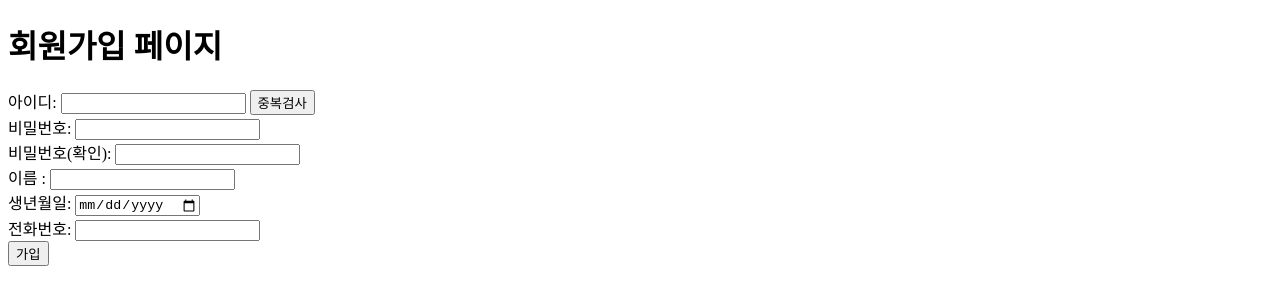
Repository: rmh6363/javastudy
Page: HelloWorld/WebContent/d.html
An editor plug-in stored every save of this project. The page is shown before and after the next save, followed by the edit.
The browser window is 1280 px wide. The pictures show the whole page.

Above is the page before, as saved 2020-12-04 07:19:46.

After the next save:
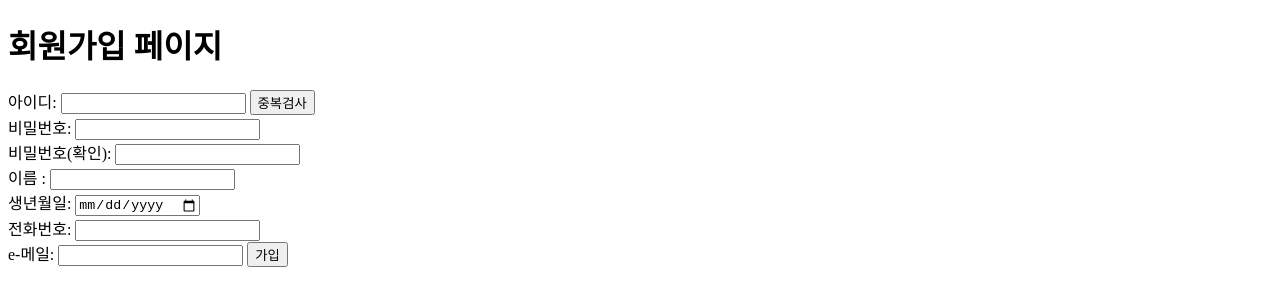
Saved 60 s later.
--- a/HelloWorld/WebContent/d.html
+++ b/HelloWorld/WebContent/d.html
@@ -26,7 +26,8 @@
 <label for = "tel">전화번호:</label>
 <input id ="tel" type="tel" name= "tel">
 <br>
-
+<label for = "email">e-메일:</label>
+<input id="email" type="email" name= "email">
 
 
 <input type="submit" value="가입">
